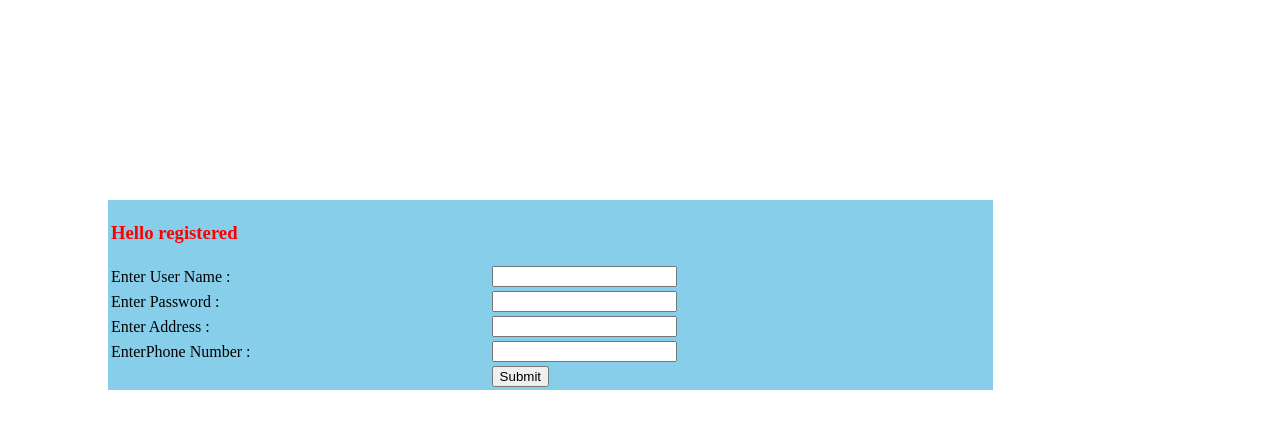
Repository: shulamitProjects/Java
Page: http://localhost/ProjectLibary/Registration.jsp
These files come from the project's save history. The page is drawn as it stood at one moment and after the next save; the edit follows.
The browser window is 1280 px wide. The pictures show the whole page.
The page is served by Tomcat 10.

Above is the page before, as saved 2024-01-29 10:13:57.

After the next save:
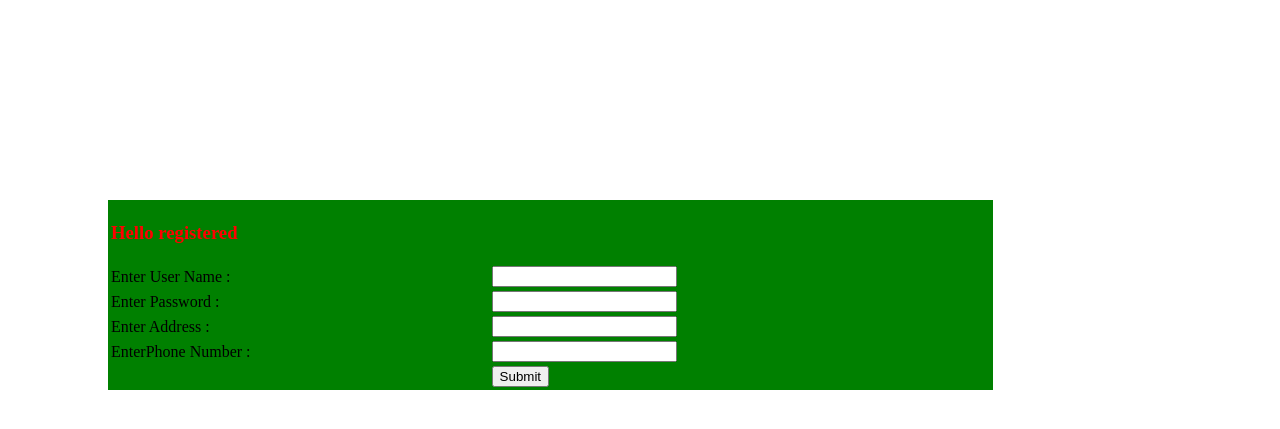
Saved 20 s later.
--- a/project/project_25-01/ProjectLibary/src/main/webapp/Registration.jsp
+++ b/project/project_25-01/ProjectLibary/src/main/webapp/Registration.jsp
@@ -11,7 +11,7 @@
 <%String type=""; %>
 	<form method="post" action="registration/controller/StudentServlet">
 		<table
-			style="width: 70%; background-color: skyblue; margin-top: 200px; margin-left: 100px; margin-right: 200px;">
+			style="width: 70%; background-color: green; margin-top: 200px; margin-left: 100px; margin-right: 200px;">
 
 			<tr>
 				<td>
